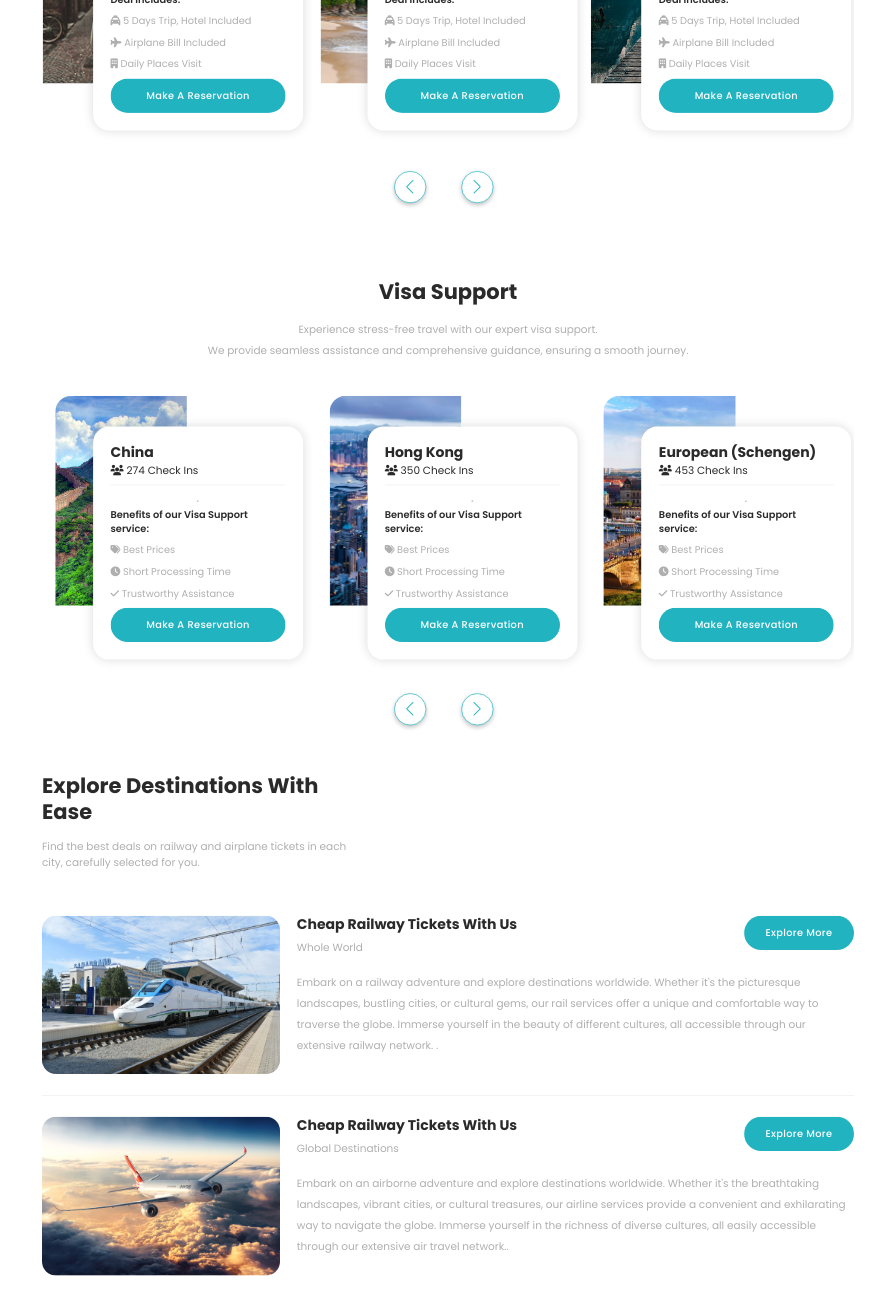
Repository: asadbekdev07/asadbekdev-zamontour-react
Page: /
These files come from the project's save history. The page is drawn as it stood at one moment and after the next save; the edit follows.
The browser window is 1280 px wide. The pictures show the part of the page from y = 1105 to 3025 px (the page is 2968 px tall before and 3025 px after), at 70% of full size.
The project was rebuilt for these pictures with package versions that can differ from the ones it lists, and the page was loaded fresh each time. Also part of the build but not shown: vite.config.js.

Above is the page before, as saved 2024-05-26 18:45:47.

### index.html
<!doctype html>
<html lang="en">
  <head>
    <meta charset="UTF-8" />
    <link rel="icon" type="image/svg+xml" href="/vite.svg" />
    <meta name="viewport" content="width=device-width, initial-scale=1.0" />
    <title>Vite + React</title>
    <link rel="stylesheet" href="https://cdnjs.cloudflare.com/ajax/libs/font-awesome/6.5.2/css/all.min.css" integrity="sha512-SnH5WK+bZxgPHs44uWIX+LLJAJ9/2PkPKZ5QiAj6Ta86w+fsb2TkcmfRyVX3pBnMFcV7oQPJkl9QevSCWr3W6A==" crossorigin="anonymous" referrerpolicy="no-referrer" />

  </head>
  <body>
    <div id="root"></div>
    <script type="module" src="/src/main.jsx"></script>
  </body>
</html>

### src/main.jsx
import React from 'react'
import ReactDOM from 'react-dom/client'
import App from './assets/components/App'
import './assets/styles/index.css'
import './i18n'

ReactDOM.createRoot(document.getElementById('root')).render(
  <React.StrictMode>
    <App />
  </React.StrictMode>,
)

### src/assets/components/App.jsx
import Destination from "./Destination"
import Offers from "./Offers"
import SiteHeader from "./Site-header"
import SliderHero from "./Slider-hero"
import Visa from "./Visa"

function App() {

  return (
    <>
      <SiteHeader />
      <SliderHero />
      <Offers />
      <Visa />
      <Destination />
    </>
  )
}

export default App

### src/i18n.jsx
import i18n from 'i18next';
import { initReactI18next } from 'react-i18next';
import Backend from 'i18next-http-backend';
import laungageDetector from 'i18next-browser-languagedetector';
import enLang from '../public/locales/en.json'
import uzLang from '../public/locales/uz.json'
import ruLang from '../public/locales/ru.json'

i18n
.use(Backend)
.use(laungageDetector)
.use(initReactI18next)
.init({
  fallbackLng: 'en',
  lng: 'en',
  debug: true,
  resources: {
    en:{translation: enLang},
    uz:{translation: uzLang},
    ru:{translation: ruLang}
  }
})

export default i18n;

### src/assets/components/Destination.jsx
import afrasiab from "/img/afr.jpg";
import airplane from "/img/airplane.jpg";

const destinationData = [
  { img: afrasiab, heading: "Cheap Railway Tickets With Us", subheading: "Whole World", text: "Embark on a railway adventure and explore destinations worldwide. Whether it's the picturesque landscapes, bustling cities, or cultural gems, our rail services offer a unique and comfortable way to traverse the globe. Immerse yourself in the beauty of different cultures, all accessible through our extensive railway network. ." },
  { img: airplane, heading: "Cheap Railway Tickets With Us", subheading: "Global Destinations", text: "Embark on an airborne adventure and explore destinations worldwide. Whether it's the breathtaking landscapes, vibrant cities, or cultural treasures, our airline services provide a convenient and exhilarating way to navigate the globe. Immerse yourself in the richness of diverse cultures, all easily accessible through our extensive air travel network.." },
]

const Destination = () => {
  return (
    <section className="destination">
      <div className="container">
        <div className="destination__top">
          <h2 className="destination__top-heading">Explore Destinations With Ease</h2>
          <p className="destination__top-text">Find the best deals on railway and airplane tickets in each city, carefully selected for you.</p>
        </div>

        <ul className="destination__list">
          {destinationData.map((destination, index) =>(
            <li key={index} className="destination__item">
            <img className="destination__img" src={destination.img} alt="Airplane img" width={340} height={228}/>
            <div className="destination__inner">
              <h3 className="destination__inner-heading">{destination.heading}</h3>
              <span className="destination__inner-span">{destination.subheading}</span>
              <div className="button__wrapper">
                <a className="button destination__button" href="#contact">Explore More</a>
              </div>
              <p className="destination__inner-description">{destination.text}</p>
              {/* <div className="button__wrapper">
                <a className="button destination__responsive-button" href="#contact">Explore More</a>
              </div> */}
            </div>
          </li>
          ))}
        </ul>
      </div>
    </section>
  )
}

export default Destination

### src/assets/components/Offers.jsx
import { Navigation, A11y } from 'swiper/modules';
import { Swiper, SwiperSlide } from 'swiper/react';
import 'swiper/css';
import 'swiper/css/navigation';

import offersFirst from '/img/deals-04.jpg';
import offersSecond from '/img/offers-02.jpg';
import offersThird from '/img/deals-01.jpg';
import offersFourth from '/img/offers-01.jpg';
import usa from '/img/usa1.jpg';
import england from '/img/deals-02.jpg';
import canada from '/img/cand.jpg';
import europe from '/img/europe2.jpg';

const offersData = [
  { img: offersFirst, city: "Istanbul", checkIns: 234, price: 420 },
  { img: offersSecond, city: "Dubai", checkIns: 300, price: 700 },
  { img: offersThird, city: "Antalya", checkIns: 500, price: 999 },
  { img: offersFourth, city: "Sharm El-Sheikh", checkIns: 200, price: 800 },
  { img: usa, city: "USA", checkIns: 400, price: null },
  { img: england, city: "England", checkIns: 234, price: null },
  { img: canada, city: "Canada", checkIns: 345, price: null },
  { img: europe, city: "European Union", checkIns: 345, price: null }
];

const Offers = () => {
  return (
    <div className="offers">
      <div className="container">
        <div className="offers__content">
          <h2 className="offers__title">Best Weekly Offers In Each City</h2>
          <p className="offers__description">Discover the best weekly offers in each city, curated just for you. <br/> Immerse yourself in a world of savings and indulge in unparalleled experiences.</p>
        </div>
        <Swiper
          modules={[Navigation, A11y]}
          spaceBetween={15}
          slidesPerView={3}
          navigation={{ nextEl: '.swiper-button-next', prevEl: '.swiper-button-prev' }}
          loop={true}
          breakpoints={{ // Add breakpoints for adjusting slidesPerView and spaceBetween
            1000: {
              slidesPerView: 3,
              spaceBetween: 15
            },
            700: {
              slidesPerView: 2,
              spaceBetween: 15
            },
            0: {
              slidesPerView: 1,
              spaceBetween: 15
            }
          }}
          onSwiper={(swiper) => console.log(swiper)}
          onSlideChange={() => console.log('slide change')}
        >
          {offersData.map((offer, index) => (
            <SwiperSlide key={index} className='offers__card'>
              <img className='offers__img' src={offer.img} alt={`${offer.city} img`} />
              <div className="offers__card-inner inner">
                <div className="inner__top">
                  <h4>{offer.city}<br/><span><i className="fa fa-users"></i> {offer.checkIns} Check Ins</span></h4>
                  {offer.price && <h6>${offer.price}<br/><span>/person</span></h6>}
                </div>
                <hr className='inner__divider' />
                <ul className='inner__list'>
                  <li className="inner__list-title">Deal Includes:</li>
                  <li><i className="fa fa-taxi"></i> 5 Days Trip, Hotel Included</li>
                  <li><i className="fa fa-plane"></i> Airplane Bill Included</li>
                  <li><i className="fa fa-building"></i> Daily Places Visit</li>
                </ul>
                <a className="button button--wrapper" href="#contact">Make a Reservation</a>
              </div>
            </SwiperSlide>
          ))}
        </Swiper>
        <div className="swiper-buttons">
          <div className="swiper-button-prev"></div>
          <div className="swiper-button-next"></div>
        </div>
      </div>
    </div>
  );
};

export default Offers;

### src/assets/components/Site-header.jsx
import React, { useState } from 'react';
import zamonImg from '/img/zamon.svg';
import { FontAwesomeIcon } from '@fortawesome/react-fontawesome';
import { faBars, faTimes } from '@fortawesome/free-solid-svg-icons';
import { useTranslation } from 'react-i18next';

const SiteHeader = () => {
  const [isMenuOpen, setIsMenuOpen] = useState(false);

  const handleToggle = () => {
    setIsMenuOpen(prevState => !prevState);
  };

  const { t, i18n } = useTranslation();
  const currentLanguage = i18n.language;

  const handleChange = (language) => {
    i18n.changeLanguage(language);
  }

  return (
    <header className={`site-header ${isMenuOpen ? 'is-open' : ''}`}>
      <div className="container site-header__container">
        <a className="site-header__logo-link" href="#">
          <img className='site-header__logo logo' src={zamonImg} alt="Site logo" width={159} height={41} />
        </a>

        <div className="site-header__sitenav">
          <nav className="sitenav">
            <ul className="sitenav__list">
              {/* ITEM  */}
              <li className="sitenav__item">
                <a className='sitenav__link' href="#">{t('home')}</a>
              </li>
              {/* ITEM  */}
              <li className="sitenav__item">
                <a className='sitenav__link' href="#about">{t('about')}</a>
              </li>
              {/* ITEM  */}
              <li className="sitenav__item">
                <a className='sitenav__link' href="tours">{t('tours')}</a>
              </li>
              {/* ITEM  */}
              <li className="sitenav__item">
                <a className='sitenav__link' href="contacts">{t('contacts')}</a>
              </li>
            </ul>
          </nav>

          <ul className="lang">
            {/* ITEM  */}
            <li className="lang__item">
              <a
                className={`lang__link ${currentLanguage === 'en' ? 'selected' : ''}`}
                href="#"
                onClick={(e) => { e.preventDefault(); handleChange('en'); }}
              >
                EN
              </a>
            </li>
            {/* ITEM  */}
            <li className="lang__item">
              <a
                className={`lang__link ${currentLanguage === 'uz' ? 'selected' : ''}`}
                href="#"
                onClick={(e) => { e.preventDefault(); handleChange('uz'); }}
              >
                UZ
              </a>
            </li>
            {/* ITEM  */}
            <li className="lang__item">
              <a
                className={`lang__link ${currentLanguage === 'ru' ? 'selected' : ''}`}
                href="#"
                onClick={(e) => { e.preventDefault(); handleChange('ru'); }}
              >
                РУ
              </a>
            </li>
          </ul>

          <ul className="social">
            {/* ITEM  */}
            <li className="social__item">
              <a className='social__link' href="https://www.instagram.com/zamontour/" target="_blank" rel="noopener noreferrer">
                <i className="fa-brands fa-instagram social__icon"></i>
              </a>
            </li>
            {/* ITEM  */}
            <li className="social__item">
              <a className='social__link' href="https://t.me/zamonbiznestour" target="_blank" rel="noopener noreferrer">
                <i className="fa-brands fa-telegram social__icon"></i>
              </a>
            </li>
          </ul>
        </div>
        <button className='site-header__toggler' onClick={handleToggle}>
          <FontAwesomeIcon icon={isMenuOpen ? faTimes : faBars} size="2x" />
        </button>
      </div>
    </header>
  );
};

export default SiteHeader;

### src/assets/components/Slider-hero.jsx
import React from 'react';
import { Swiper, SwiperSlide } from 'swiper/react';
import 'swiper/css';
import 'swiper/css/pagination';
import 'swiper/css/navigation';


import { Autoplay, Pagination, Navigation } from 'swiper/modules';

import istanbulImg from '/img/istanbul.jpg';
import antalyaImg from '/img/antalya.jpg';
import dubaiImg from '/img/dubai2.jpg';
import sharmImg from '/img/sharm.jpg';

const slidesData = [
  {
    img: istanbulImg,
    city: 'Istanbul',
    population: '15.5 M',
    territory: '5.461 km²',
    avgPrice: '$946.000'
  },
  {
    img: antalyaImg,
    city: 'Antalya',
    population: '1.5 M',
    territory: '1.417 km²',
    avgPrice: '$1.100.200'
  },
  {
    img: dubaiImg,
    city: 'Dubai',
    population: '3.3 M',
    territory: '35 km²',
    avgPrice: '$425.000'
  },
  {
    img: sharmImg,
    city: 'Sharm El-Sheikh',
    population: '0.07 M',
    territory: '45 km²',
    avgPrice: '$165.450'
  }
];

const SlideContent = ({ img, city, population, territory, avgPrice }) => (
  <section className="slider" style={{ backgroundImage: `url(${img})` }}>
    <div className="container slider__container">
      <div className="slider__top">
        <h3 className="slider__top-heading">Take a Glimpse Into The Beautiful City Of:</h3>
        <h2 className="slider__top-city">{city}</h2>
        <a className="button button--cta" href="#contact">Go There</a>
      </div>
      <div className="slider__bottom">
        <ul className="slider__bottom-list list">
          <li className="list__item">
            <div className="list__item-inner">
              <i className="fa fa-user"></i>
              <h4 className="list__subheading">
                <span>Population:</span><br />{population}
              </h4>
            </div>
          </li>
          <li className="list__item">
            <div className="list__item-inner">
              <i className="fa fa-globe"></i>
              <h4 className="list__subheading">
                <span>Territory:</span><br />{territory}
              </h4>
            </div>
          </li>
          <li className="list__item">
            <div className="list__item-inner">
              <i className="fa fa-home"></i>
              <h4 className="list__subheading">
                <span>Avg Price:</span><br />{avgPrice}
              </h4>
            </div>
          </li>
          <div className="list__item-inner">
            <a className="button" href="#contact">Explore More</a>
          </div>
        </ul>
      </div>
    </div>
  </section>
);

export default function SliderHero() {
  return (
    <Swiper
      spaceBetween={5}
      centeredSlides={true}
      autoplay={{
        delay: 5500,
        disableOnInteraction: false,
      }}
      pagination={{
        clickable: true,
      }}
      loop={true}
      navigation={false}
      modules={[Autoplay, Pagination, Navigation]}
      className="mySwiper"
    >
      {slidesData.map((slide, index) => (
        <SwiperSlide key={index}>
          <SlideContent {...slide} />
        </SwiperSlide>
      ))}
    </Swiper>
  );
}

### src/assets/components/Visa.jsx
import React from 'react';
import { Navigation, A11y } from 'swiper/modules';
import { Swiper, SwiperSlide } from 'swiper/react';
import 'swiper/css';
import 'swiper/css/navigation';

import china from '/img/china.jpg';
import hongkong from '/img/hongkong.jpg';
import europe from '/img/europe.jpeg';
import india from '/img/india.jpg';
import japan from '/img/japan.jpg';
import saudi from '/img/saudi.jpg';
import oman from '/img/oman.jpg';

const offersData = [
  { img: china, city: "China", checkIns: 274 },
  { img: hongkong, city: "Hong Kong", checkIns: 350 },
  { img: europe, city: "European (Schengen)", checkIns: 453 },
  { img: india, city: "India", checkIns: 220 },
  { img: japan, city: "Japan", checkIns: 442 },
  { img: saudi, city: "Saudi Arabia", checkIns: 424 },
  { img: oman, city: "Oman", checkIns: 389 }
];

const Visa = () => {
  return (
    <div className="visa">
      <div className="container">
        <div className="visa__content">
          <h2 className="visa__title">Visa Support</h2>
          <p className="visa__description">
          Experience stress-free travel with our expert visa support. <br/> We provide seamless assistance and comprehensive guidance, ensuring a smooth journey.
          </p>
        </div>
        <Swiper
          modules={[Navigation, A11y]}
          spaceBetween={15}
          slidesPerView={3}
          navigation={{ nextEl: '.swiper-button-next', prevEl: '.swiper-button-prev' }}
          loop={true}
          breakpoints={{
            1000: {
              slidesPerView: 3,
              spaceBetween: 15
            },
            700: {
              slidesPerView: 2,
              spaceBetween: 15
            },
            0: {
              slidesPerView: 1,
              spaceBetween: 15
            }
          }}
          onSwiper={(swiper) => console.log(swiper)}
          onSlideChange={() => console.log('slide change')}
        >
          {offersData.map((offer, index) => (
            <SwiperSlide key={index} className='visa__card'>
              <img className='visa__img' src={offer.img} alt={`${offer.city} img`} />
              <div className="visa__card-inner inner">
                <div className="inner__top">
                  <h4>{offer.city}<br /><span><i className="fa fa-users"></i> {offer.checkIns} Check Ins</span></h4>
                </div>
                <hr className='inner__divider' />
                <ul className='inner__list'>
                  <li className="inner__list-title">Benefits of our Visa Support service:</li>
                  <li><i className="fa fa-tags"></i> Best Prices</li>
                  <li><i className="fa fa-clock"></i> Short Processing Time</li>
                  <li><i className="fa fa-check"></i> Trustworthy Assistance</li>
                </ul>
                <a className="button button--wrapper" href="#contact">Make a Reservation</a>
              </div>
            </SwiperSlide>
          ))}
        </Swiper>
        <div className="swiper-buttons">
          <div className="swiper-button-prev"></div>
          <div className="swiper-button-next"></div>
        </div>
      </div>
    </div>
  );
};

export default Visa;

Loaded but not shown: public/locales/uz.json (12 lines, source omitted); public/locales/en.json (12 lines, source omitted); public/locales/ru.json (12 lines, source omitted); src/assets/styles/index.css (979 lines, source omitted)

After the next save:
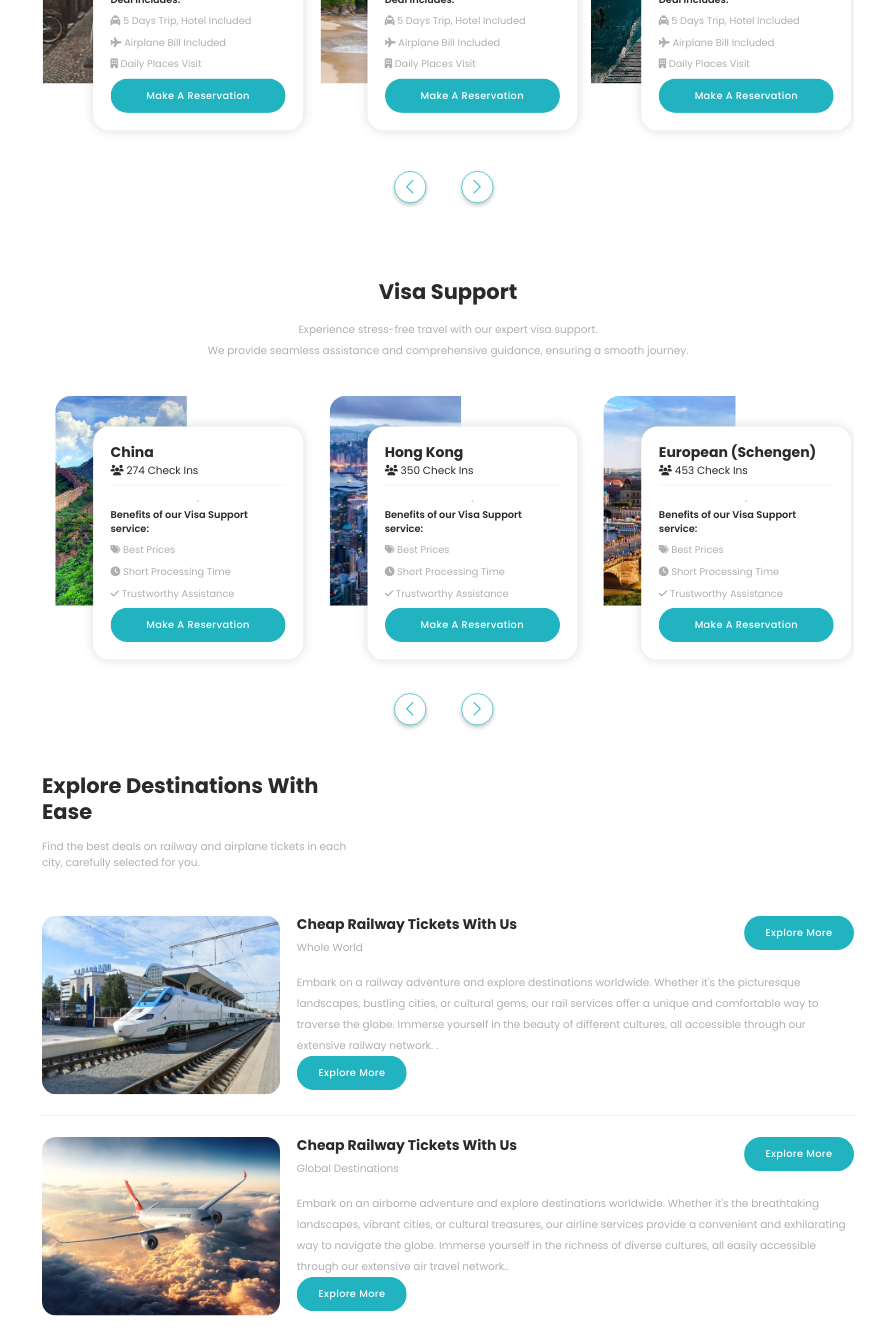
Saved 29 s later.
--- a/src/assets/components/Destination.jsx
+++ b/src/assets/components/Destination.jsx
@@ -26,9 +26,7 @@ const Destination = () => {
                 <a className="button destination__button" href="#contact">Explore More</a>
               </div>
               <p className="destination__inner-description">{destination.text}</p>
-              {/* <div className="button__wrapper">
                 <a className="button destination__responsive-button" href="#contact">Explore More</a>
-              </div> */}
             </div>
           </li>
           ))}
